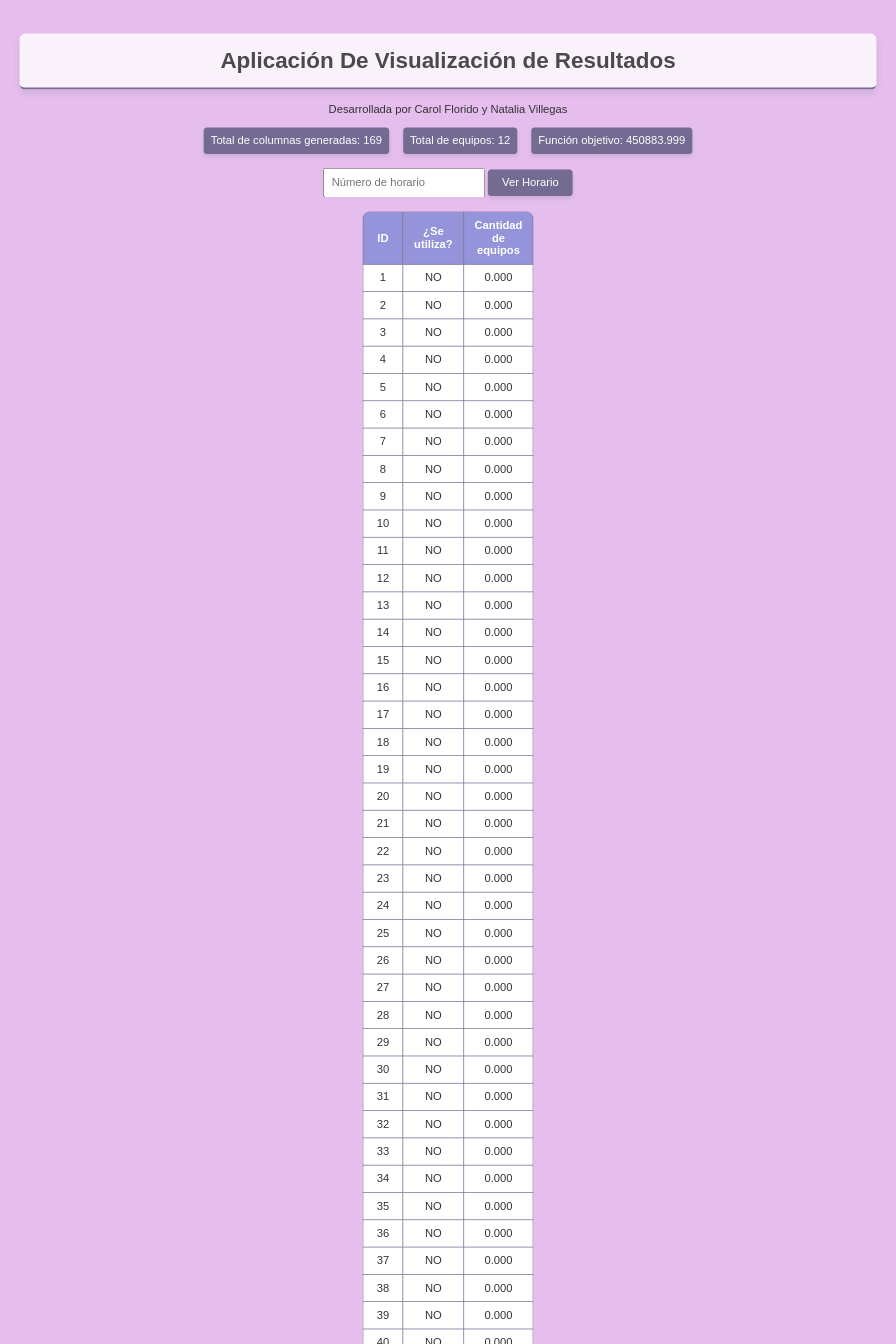
Repository: cflorido/Front_T3
Page: index.html
The author's editor kept a copy of each file at every save. The page is drawn from the files as they stood at one save, then again after the next save.
The browser window is 1280 px wide. The pictures show the part of the page from y = 0 to 1920 px (the page is 7067 px tall), at 70% of full size.

Above is the page before, as saved 2024-10-22 23:08:52.

After the next save:
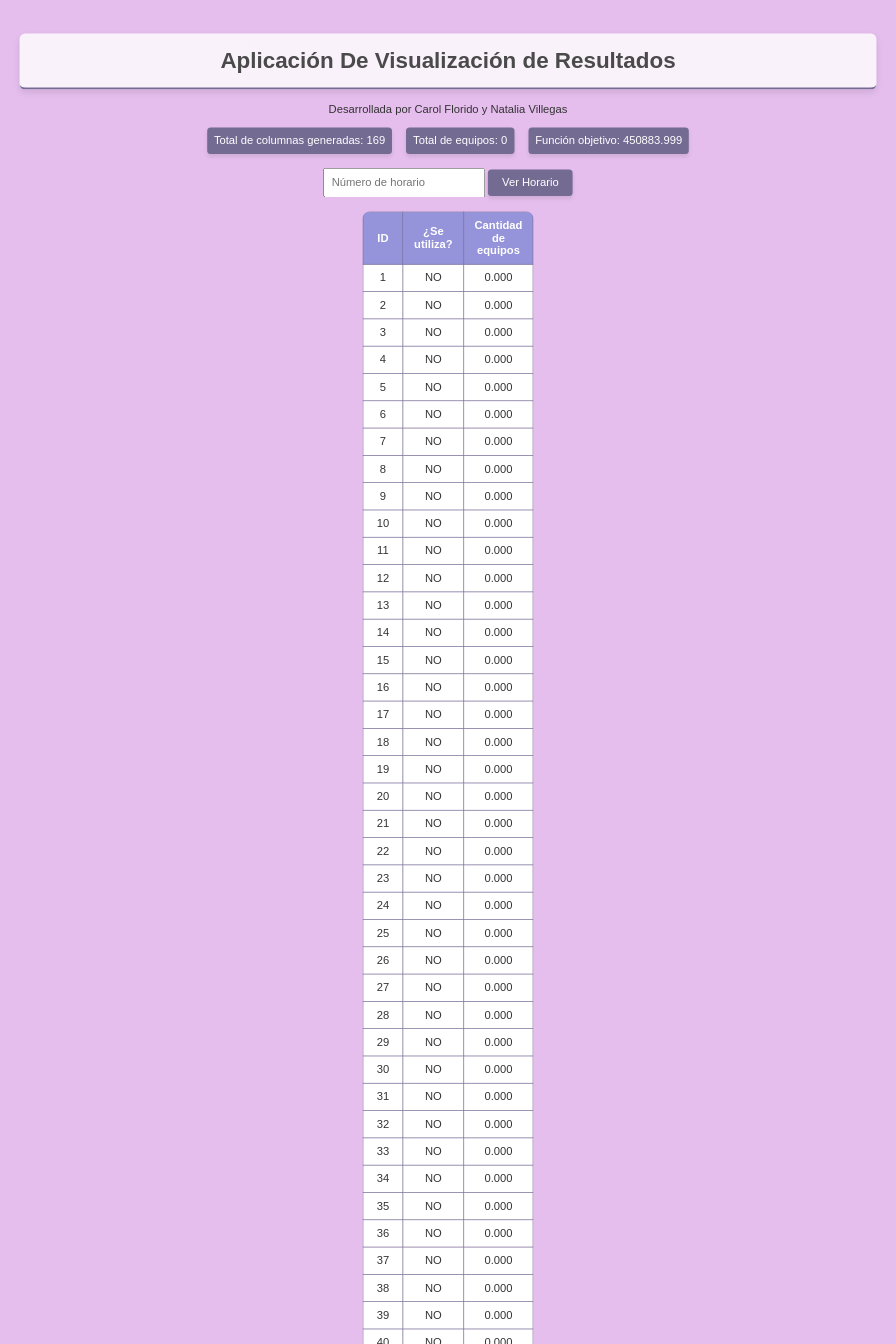
Saved 96 s later.
--- a/index.html
+++ b/index.html
@@ -119,8 +119,6 @@
             color: #7D5C65; /* Cambiar color del texto al pasar el ratón */
             transform: translateY(-3px); /* Efecto de desplazamiento al pasar el ratón */
         }
-
-
     </style>
 </head>
 <body>
@@ -130,7 +128,7 @@
 
     <div class="info-container">
         <div class="info-box">Total de columnas generadas: 169</div>
-        <div class="info-box">Total de equipos: 12</div>
+        <div class="info-box">Total de equipos: <span id="totalEquipos">0</span></div>
         <div class="info-box">Función objetivo: 450883.999</div>
     </div>
 
@@ -193,6 +191,7 @@
                         return { numero, cantidad: parseFloat(cantidad).toFixed(3) }; // Redondear a 3 decimales
                     });
                     mostrarEquipos(); // Mostrar la tabla de equipos
+                    calcularTotalEquipos(); // Calcular y mostrar el total de equipos
                 })
                 .catch(error => {
                     console.error(error);
@@ -223,74 +222,30 @@
             });
         }
 
+        // Función para calcular el total de equipos
+        function calcularTotalEquipos() {
+            const total = equipos.reduce((sum, equipo) => sum + (equipo.cantidad > 0 ? equipo.cantidad : 0), 0);
+            document.getElementById('totalEquipos').textContent = total.toFixed(3); // Actualizar el total en el HTML
+        }
+
         // Función para mostrar la línea seleccionada
         function cargarLinea() {
-            const numeroLinea = document.getElementById("numeroLinea").value;
-            const contenidoDiv = document.getElementById("contenido");
-
-            // Verificar si el número de línea es válido
-            if (numeroLinea > 0 && numeroLinea <= lineas.length) {
-                const horario = JSON.parse("[" + lineas[numeroLinea - 1] + "]"); // Parsear la línea como JSON con corchetes
-                const equipoSeleccionado = equipos.find(e => e.numero === parseInt(numeroLinea));
-
-                // Mostrar la cantidad de equipos arriba del horario
-                contenidoDiv.innerHTML = `<h3>Cantidad de equipos: ${equipoSeleccionado ? equipoSeleccionado.cantidad : 'No disponible'}</h3>`;
-
-                mostrarHorario(horario); // Mostrar el horario en forma de tabla
-                contenidoDiv.style.display = 'block'; // Muestra el div
-            } else {
-                alert('Número de línea no válido. Intenta de nuevo.');
+            const numeroLinea = document.getElementById('numeroLinea').value;
+
+            if (numeroLinea < 1 || numeroLinea > lineas.length) {
+                alert('Número de línea no válido.');
+                return;
             }
-        }
-
-        // Función para mostrar el horario en una tabla
-        function mostrarHorario(horario) {
-            const contenidoDiv = document.getElementById("contenido");
-
-            // Crear la tabla
-            const tabla = document.createElement('table');
-            const thead = document.createElement('thead');
-            const tbody = document.createElement('tbody');
-
-            // Crear encabezado de la tabla
-            const encabezado = document.createElement('tr');
-            const dias = ['Franja Horaria', 'Lunes', 'Martes', 'Miércoles', 'Jueves', 'Viernes', 'Sábado', 'Domingo'];
-            dias.forEach(dia => {
-                const th = document.createElement('th');
-                th.textContent = dia;
-                encabezado.appendChild(th);
-            });
-            thead.appendChild(encabezado);
-            tabla.appendChild(thead);
-
-            // Crear filas de horarios
-            for (let i = 0; i < 12; i++) {
-                const fila = document.createElement('tr');
-
-                const horaInicio = (i * 2) % 24;
-                const horaFin = (horaInicio + 2) % 24;
-                const franjaHoraria = `${horaInicio < 10 ? '0' : ''}${horaInicio}:00 - ${horaFin < 10 ? '0' : ''}${horaFin}:00`;
-
-                const celdaFranja = document.createElement('td');
-                celdaFranja.textContent = franjaHoraria;
-                fila.appendChild(celdaFranja);
-
-                for (let j = 0; j < 7; j++) {
-                    const celda = document.createElement('td');
-                    celda.textContent = horario[i * 7 + j];
-                    if (horario[i * 7 + j] === 1) {
-                        celda.classList.add('utilizado'); // Agregar clase si se usa
-                    }
-                    fila.appendChild(celda);
-                }
-                tbody.appendChild(fila);
-            }
-
-            tabla.appendChild(tbody);
-            contenidoDiv.appendChild(tabla);
-        }
-
-        // Cargar el contenido de los archivos al iniciar la página
+
+            const lineaSeleccionada = lineas[numeroLinea - 1];
+            const contenido = document.getElementById('contenido');
+            contenido.style.display = 'block'; // Mostrar el contenedor
+
+            // Mostrar los datos de la línea seleccionada
+            contenido.innerHTML = `<pre>${lineaSeleccionada}</pre>`;
+        }
+
+        // Cargar el contenido al iniciar
         window.onload = cargarContenido;
     </script>
 </body>

After the save that followed:
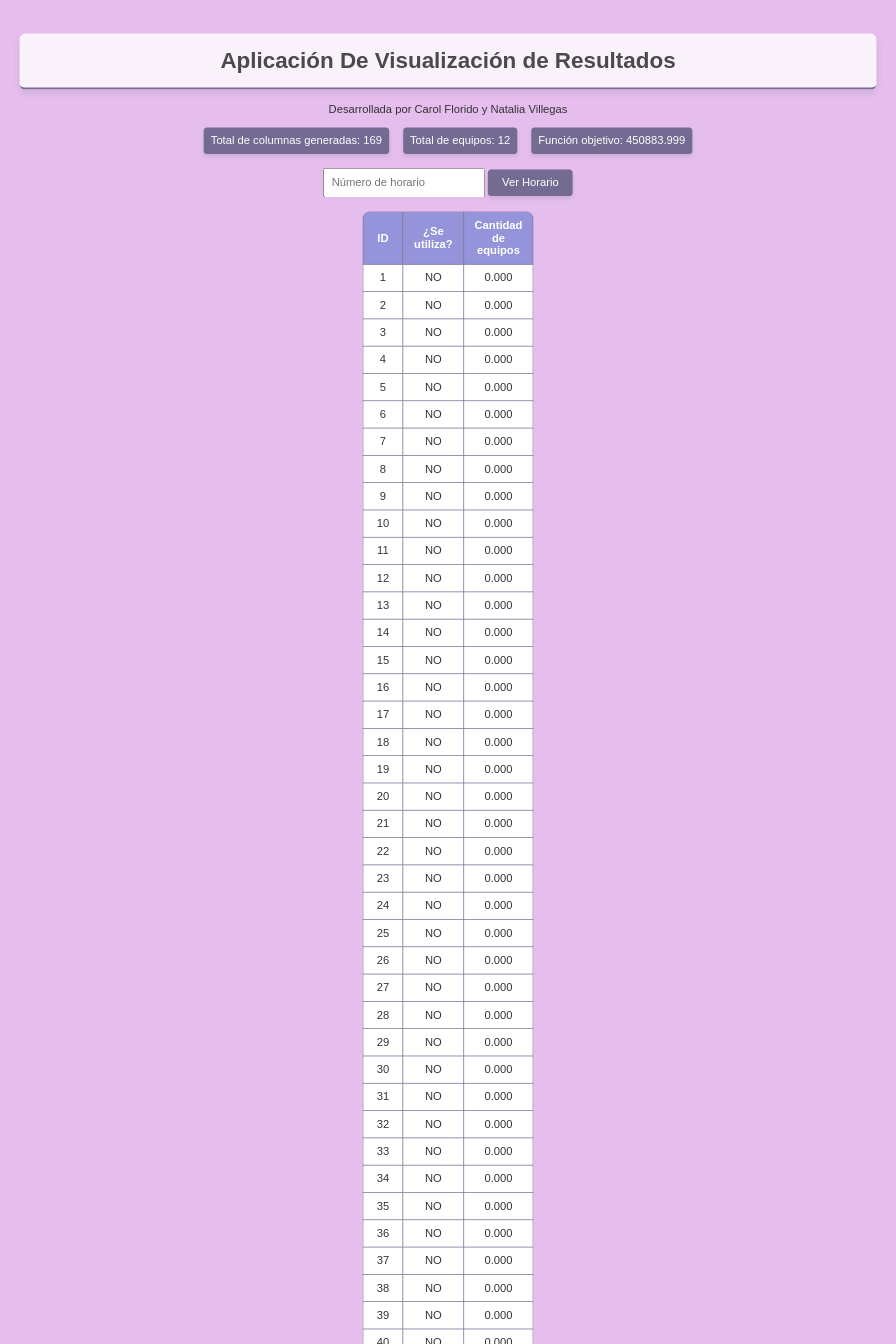
Saved 14 s later.
--- a/index.html
+++ b/index.html
@@ -119,6 +119,8 @@
             color: #7D5C65; /* Cambiar color del texto al pasar el ratón */
             transform: translateY(-3px); /* Efecto de desplazamiento al pasar el ratón */
         }
+
+
     </style>
 </head>
 <body>
@@ -128,7 +130,7 @@
 
     <div class="info-container">
         <div class="info-box">Total de columnas generadas: 169</div>
-        <div class="info-box">Total de equipos: <span id="totalEquipos">0</span></div>
+        <div class="info-box">Total de equipos: 12</div>
         <div class="info-box">Función objetivo: 450883.999</div>
     </div>
 
@@ -191,7 +193,6 @@
                         return { numero, cantidad: parseFloat(cantidad).toFixed(3) }; // Redondear a 3 decimales
                     });
                     mostrarEquipos(); // Mostrar la tabla de equipos
-                    calcularTotalEquipos(); // Calcular y mostrar el total de equipos
                 })
                 .catch(error => {
                     console.error(error);
@@ -222,30 +223,74 @@
             });
         }
 
-        // Función para calcular el total de equipos
-        function calcularTotalEquipos() {
-            const total = equipos.reduce((sum, equipo) => sum + (equipo.cantidad > 0 ? equipo.cantidad : 0), 0);
-            document.getElementById('totalEquipos').textContent = total.toFixed(3); // Actualizar el total en el HTML
-        }
-
         // Función para mostrar la línea seleccionada
         function cargarLinea() {
-            const numeroLinea = document.getElementById('numeroLinea').value;
-
-            if (numeroLinea < 1 || numeroLinea > lineas.length) {
-                alert('Número de línea no válido.');
-                return;
+            const numeroLinea = document.getElementById("numeroLinea").value;
+            const contenidoDiv = document.getElementById("contenido");
+
+            // Verificar si el número de línea es válido
+            if (numeroLinea > 0 && numeroLinea <= lineas.length) {
+                const horario = JSON.parse("[" + lineas[numeroLinea - 1] + "]"); // Parsear la línea como JSON con corchetes
+                const equipoSeleccionado = equipos.find(e => e.numero === parseInt(numeroLinea));
+
+                // Mostrar la cantidad de equipos arriba del horario
+                contenidoDiv.innerHTML = `<h3>Cantidad de equipos: ${equipoSeleccionado ? equipoSeleccionado.cantidad : 'No disponible'}</h3>`;
+
+                mostrarHorario(horario); // Mostrar el horario en forma de tabla
+                contenidoDiv.style.display = 'block'; // Muestra el div
+            } else {
+                alert('Número de línea no válido. Intenta de nuevo.');
             }
-
-            const lineaSeleccionada = lineas[numeroLinea - 1];
-            const contenido = document.getElementById('contenido');
-            contenido.style.display = 'block'; // Mostrar el contenedor
-
-            // Mostrar los datos de la línea seleccionada
-            contenido.innerHTML = `<pre>${lineaSeleccionada}</pre>`;
-        }
-
-        // Cargar el contenido al iniciar
+        }
+
+        // Función para mostrar el horario en una tabla
+        function mostrarHorario(horario) {
+            const contenidoDiv = document.getElementById("contenido");
+
+            // Crear la tabla
+            const tabla = document.createElement('table');
+            const thead = document.createElement('thead');
+            const tbody = document.createElement('tbody');
+
+            // Crear encabezado de la tabla
+            const encabezado = document.createElement('tr');
+            const dias = ['Franja Horaria', 'Lunes', 'Martes', 'Miércoles', 'Jueves', 'Viernes', 'Sábado', 'Domingo'];
+            dias.forEach(dia => {
+                const th = document.createElement('th');
+                th.textContent = dia;
+                encabezado.appendChild(th);
+            });
+            thead.appendChild(encabezado);
+            tabla.appendChild(thead);
+
+            // Crear filas de horarios
+            for (let i = 0; i < 12; i++) {
+                const fila = document.createElement('tr');
+
+                const horaInicio = (i * 2) % 24;
+                const horaFin = (horaInicio + 2) % 24;
+                const franjaHoraria = `${horaInicio < 10 ? '0' : ''}${horaInicio}:00 - ${horaFin < 10 ? '0' : ''}${horaFin}:00`;
+
+                const celdaFranja = document.createElement('td');
+                celdaFranja.textContent = franjaHoraria;
+                fila.appendChild(celdaFranja);
+
+                for (let j = 0; j < 7; j++) {
+                    const celda = document.createElement('td');
+                    celda.textContent = horario[i * 7 + j];
+                    if (horario[i * 7 + j] === 1) {
+                        celda.classList.add('utilizado'); // Agregar clase si se usa
+                    }
+                    fila.appendChild(celda);
+                }
+                tbody.appendChild(fila);
+            }
+
+            tabla.appendChild(tbody);
+            contenidoDiv.appendChild(tabla);
+        }
+
+        // Cargar el contenido de los archivos al iniciar la página
         window.onload = cargarContenido;
     </script>
 </body>
